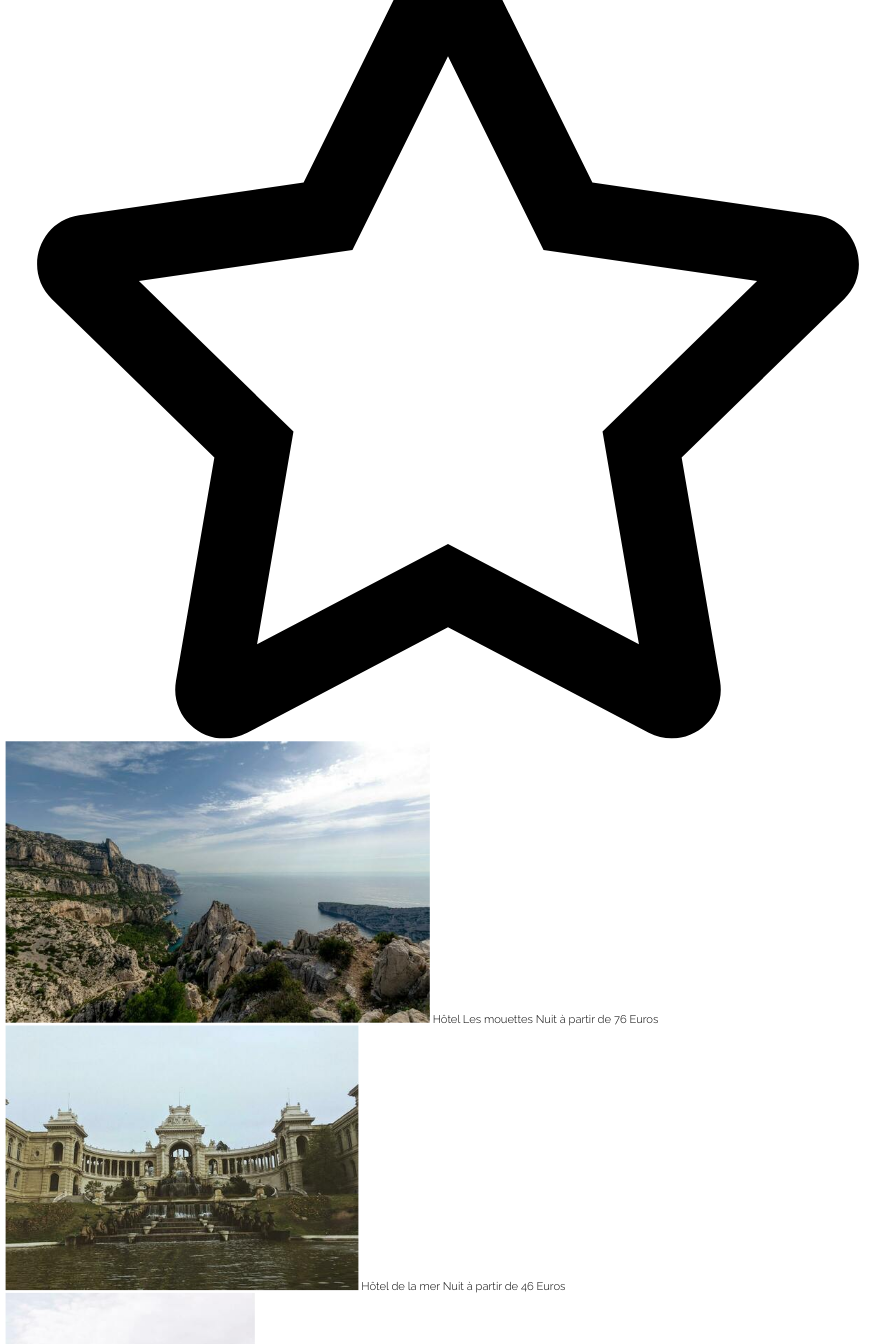
Repository: jaydeeonghub/DYLANBARBARISI_2_16062021
Page: index.html
These files come from the project's save history. The page is drawn as it stood at one moment and after the next save; the edit follows.
The browser window is 1280 px wide. The pictures show the part of the page from y = 4580 to 6500 px (the page is 7445 px tall before and 11955 px after), at 70% of full size.

Above is the page before, as saved 2021-06-20 19:34:25.

### index.html
<!DOCTYPE html>
<html lang="fr">
<head>
    <link rel="preconnect" href="https://fonts.gstatic.com">
    <link href="https://fonts.googleapis.com/css2?family=Raleway:wght@300&display=swap" rel="stylesheet">
    <link rel="stylesheet" href="Assets\Style\Styles.css">
        <meta charset="UTF-8">
        <meta http-equiv="X-UA-Compatible" content="IE=edge">
        <meta name="viewport" content="width=device-width, initial-scale=1.0">
    <title>Reservia</title>
</head>
<body>
    <header>
        <img src="Assets/Logo/Reservia@3x.png"
             alt="Logo Reservia Responsive"
             srcset="Assets/Logo/Reservia.svg"
            />

            <div class="Barre_de_navigation"> <!--Barre de navigation-->
                <a href="#Hebergements">Hebergements</a>
                <a href="#Activités">Activités</a>
                <a href="#S'inscrire">S'inscrire</a>
              </div>
            </header>

<main>
    <h1>Trouvez votre hebergement pour des vacances de rêve</h1> <!--Titre d'accroche de la landing page-->
    <p>En plein centre ville ou en pleine nature</p>

      <div class="Search_button">
        <form> </form>
          </div>

          <div class="Filtres"
                <p class="Filtres" Filtres</p>
                 <a href="#Économique">Économique</a>
                 <a href="#Familiale">Familiale</a>
                 <a href="#Romantique">Romantique</a>
                 <a href="#Animaux autorisés">Animaux autorisés</a>
                </div>

    <img src="Assets/Icons/info-solid.svg"> <p>Plus de 500 Logements sont disponibles dans cette ville</p> <!--Nombre approximatif de logements disponibles aux alentours-->




        <section>
            <aside>
                <h2>Hébergements à Marseille</h2>
        <div>
            <img src="Assets/Images/4_small/florian-wehde-xW9e8gdotxI-unsplash.jpg"
                      />
                <span>
                    Auberge de la Cannebière
                </span>
                <span>
                    Nuit à partir de 25 Euros
                </span>
                <div>
                    <i></i>
                    <i></i>
                    <i></i>
                    <i></i>
                    <i></i>
                </div>
        <div>
            <img src="Assets/Images/4_small/kevin-hikari-rV_Qd1l-VXg-unsplash.jpg"
                    />
                <span>
                    Hôtel du port
                </span>
                <span>
                    Nuit à partir de 52 Euros
                </span>
                    <div>
                        <img><img src="Assets/Icons/star-regular.svg"</i>
                        <i></i>
                        <i></i>
                        <i></i>
                        <i></i>
                    </div>

                    <div>
                    <img src="Assets/Images/4_small/kilyan-sockalingum-NR8-cBCN3aI-unsplash.jpg"
                    />

                    <span>
                        Hôtel Les mouettes
                    </span>

                    <span>
                        Nuit à partir de 76 Euros
                        </span>

                        <div>
                            <i></i>
                            <i></i>
                            <i></i>
                            <i></i>
                            <i></i>
                        </div>
                    </div>
                        <div>
                            <img src="Assets/Images/4_small/lena-paulin-wH2-EJoDcV0-unsplash.jpg"
                            />
                            <span>
                                Hôtel de la mer
                            </span>
                            <span>
                                Nuit à partir de 46 Euros
                            </span>
                            <div>
                                <i></i>
                                <i></i>
                                <i></i>
                                <i></i>
                                <i></i>
                            </div>
                            <div>
                                <img src="Assets/Images/4_small/paul-hermann-QFTrLdQIRhI-unsplash.jpg"
                                />
                                <span>
                                    Auberge Le Panier
                                </span>
                                <span>
                                    Nuit à partir de 23 Euros
                                </span>
                                <div>
                                    <i></i>
                                    <i></i>
                                    <i></i>
                                    <i></i>
                                    <i></i>
                                </div>
                                <div>
                                    <img src="Assets/Images/4_small/reno-laithienne-QUgJhdY5Fyk-unsplash.jpg"
                                    />
                                    <span>
                                        Hôtel Chez Amina
                                    </span>
                                    <span>
                                        Nuit à partir de 96 Euros
                                    </span>
                                    <div>
                                        <i></i>
                                        <i></i>
                                        <i></i>
                                        <i></i>
                                        <i></i>
                                    </div>

            </aside><!--Hebergements à Marseille-->
            <aside></aside><!-- Les plus populaires-->
        </section>
        <section></section><!-- Activités à Marseille-->


    </main>
    <footer></footer>


</body>
</html>

### Assets/Style/Styles.css
*
body {font-family: 'Raleway', sans-serif;}

h1 {font-family: 'Raleway', sans-serif;}

li {display: inline;}

After the next save:
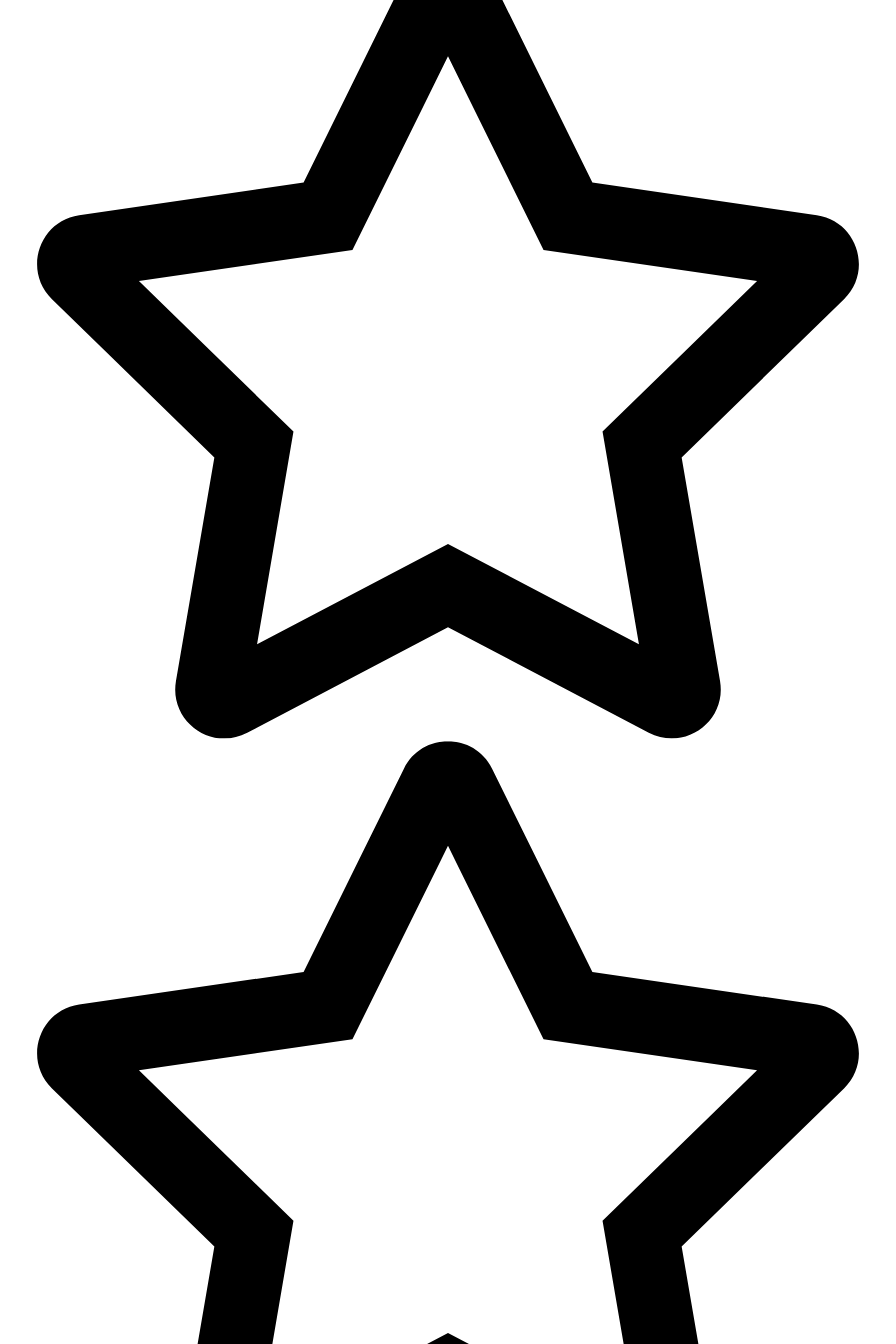
Saved 85 s later.
--- a/index.html
+++ b/index.html
@@ -73,11 +73,11 @@
                     Nuit à partir de 52 Euros
                 </span>
                     <div>
-                        <img><img src="Assets/Icons/star-regular.svg"</i>
-                        <i></i>
-                        <i></i>
-                        <i></i>
-                        <i></i>
+                        <i><img src="Assets/Icons/star-regular.svg"</i>
+                        <i><img src="Assets/Icons/star-regular.svg"</i>
+                        <i><img src="Assets/Icons/star-regular.svg"</i>
+                        <i><img src="Assets/Icons/star-regular.svg"</i>
+                        <i><img src="Assets/Icons/star-regular.svg"</i>
                     </div>
 
                     <div>
